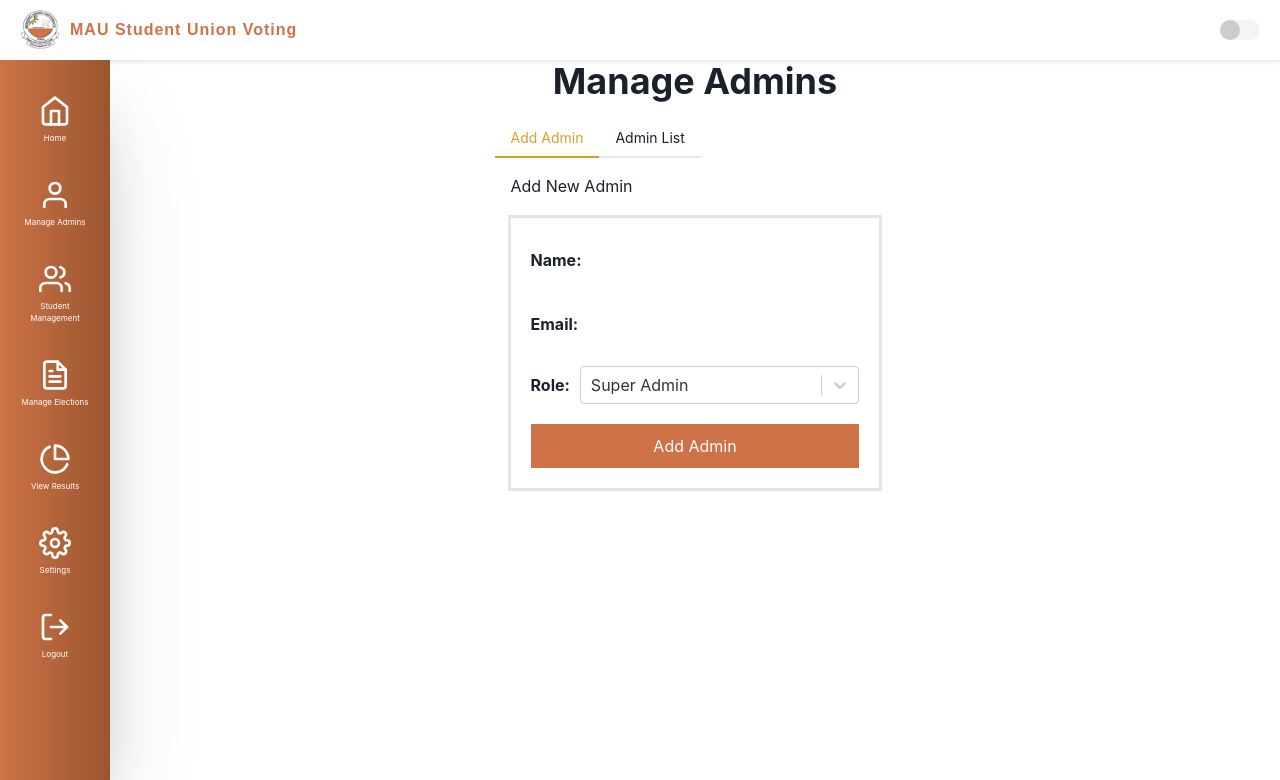
Repository: joena1o/e-vote
Page: /admin-dashboard/manage-admin
The author's editor kept a copy of each file at every save. The page is drawn from the files as they stood at one save, then again after the next save.
The browser window is 1280 px wide. The pictures show the whole page.
The project was rebuilt for these pictures with package versions that can differ from the ones it lists, and the page was loaded fresh each time. Also part of the build but not shown: src/components/EnhancedLogin.js, src/components/maincontent/RegisterStudents/ManageStudents.js, src/components/maincontent/RegisterStudents/RegisterStudents.js, src/components/maincontent/RegisterStudents/StudentManagement.js, src/components/maincontent/ElectionResults/ViewResults.js, src/components/maincontent/Settings/Settings.js, src/api/index.js, src/components/maincontent/home/Home.styles.js and 15 more.

Above is the page before, as saved 2023-10-27 02:17:03.

### src/index.js
import React from 'react';
import ReactDOM from 'react-dom/client';
import './index.css';
import App from './App';
import reportWebVitals from './reportWebVitals';
import Modal from 'react-modal';

// Set the app element for the modal for accessibility purposes
Modal.setAppElement('#root');

const root = ReactDOM.createRoot(document.getElementById('root'));
root.render(
  <React.StrictMode>
    <App />
  </React.StrictMode>
);

// If you want to start measuring performance in your app, pass a function
// to log results (for example: reportWebVitals(console.log))
// or send to an analytics endpoint. Learn more: https://bit.ly/CRA-vitals
reportWebVitals();

### src/App.js
import React from 'react';
import { BrowserRouter as Router, Routes, Route, Navigate } from 'react-router-dom';
import EnhancedLogin from './components/EnhancedLogin';
import AdminDashboard from './components/AdminDashboard';
import StudentDashboard from './components/StudentDashboard';
import { ChakraProvider, ColorModeProvider, Button, useColorMode } from '@chakra-ui/react';
import { Provider } from 'react-redux';
import store from './Redux/store';
import ElectionCommitteeDashboard from './components/maincontent/ElectionCommitteeDashboard';

// Component to toggle dark mode
function DarkModeToggle() {
  const { colorMode, toggleColorMode } = useColorMode();
  return (
    <Button onClick={toggleColorMode} position="fixed" m={4} zIndex={10}>
      Toggle {colorMode === 'light' ? 'Dark' : 'Light'}
    </Button>
  );
}

function App() {
  // Check if the current route is not the "/login" route, then render the DarkModeToggle
  // const isLoginPage = window.location.pathname === '/login';

  return (
    <Provider store={store}>
      <ChakraProvider>
        <ColorModeProvider options={{ useSystemColorMode: true }}>
          <Router>
            <Routes>
              {/* Define your routes */}
              <Route path="/login" element={<EnhancedLogin />} />
              <Route path="/admin-dashboard/*" element={<AdminDashboard />} />
              <Route path="/ElectionCommittee-dashboard/*" element={<ElectionCommitteeDashboard />} />
              <Route path='/student-dashboard/*' element={<StudentDashboard />} />
              {/* Redirect root to /admin-dashboard */}
              <Route path="/" element={<Navigate to="/admin-dashboard" replace />} />
            </Routes>
          </Router>
          {/* Render DarkModeToggle only if not on the "/login" page */}
          {/* {!isLoginPage && <DarkModeToggle />} */}
        </ColorModeProvider>
      </ChakraProvider>
    </Provider>
  );
}

export default App;

### src/components/AdminDashboard.js
// AdminDashboard.js
import React from 'react';
import { Routes, Route } from 'react-router-dom';
import StudentManagement from './maincontent/RegisterStudents/StudentManagement';
import ViewResults from './maincontent/ElectionResults/ViewResults';
import Settings from './maincontent/Settings/Settings';
import Home from './maincontent/home/Home';
import ManageAdmin from './maincontent/ManageAdmins/ManageAdmins';
import ManageElections from './maincontent/ManageElections/ManageElections';
import Sidebar from './Sidebar';
import Navbar from './Navbar';
import styled from 'styled-components';

const Container = styled.div`
  display: flex;
  flex-direction: column;
  /* Add the following line to ensure Container fills the screen height */
  height: 100vh;
  width: 100%; /* Use 100% to fill the entire width of the screen */
`;


const Content = styled.div`
  display: flex;
  /* Add the following line to ensure Content fills the remaining screen space */
  flex: 1;
`;

const AdminDashboard = () => {
  return (
    <Container>
      <Navbar />
      <Content>
        <Sidebar />
        <Routes>
          <Route index element={<Home />} />
          <Route path="student-management" element={<StudentManagement />} />
          <Route path="view-results" element={<ViewResults />} />
          <Route path="settings" element={<Settings />} />
          <Route path="manage-admin" element={<ManageAdmin />} />
          <Route path="manage-elections" element={<ManageElections />} />
        </Routes>
      </Content>
    </Container>
  );
};

export default AdminDashboard;

### src/Redux/store.js
import { configureStore } from '@reduxjs/toolkit';
import electionReducer from './electionSlice';
import studentsReducer from './studentsSlice';
import candidatesReducer from './CandidateSlice'; // Import the candidates reducer

const store = configureStore({
  reducer: {
    elections: electionReducer,
    students: studentsReducer,
    candidates: candidatesReducer, // Add the candidates reducer here
  },
});

export default store;

### src/components/maincontent/ManageAdmins/ManageAdmins.js
import React, { useState } from 'react';
import { Tabs, TabList, TabPanels, Tab, TabPanel, Box, Flex, Heading } from '@chakra-ui/react';
import AddAdmin from './AddAdmin';
import AdminList from './AdminList';

const ManageAdmins = () => {
  const [activeTab, setActiveTab] = useState(0);

  const handleTabChange = (index) => {
    setActiveTab(index);
  };

  return (
    <Flex direction="column" align="center" w="100%" h="100%">
      <Heading mb={4}>Manage Admins</Heading>
      <Box w="30%" maxW="400px" display="flex" flexDirection="column" alignItems="center">
        <Tabs index={activeTab} onChange={handleTabChange} isLazy>
          <TabList display="inline-flex" justifyContent="center" mx="auto">
          <Tab fontSize="sm" px={4} py={2} _selected={{ borderBottom: '2px solid', borderColor: 'yellow.500', color: 'yellow.500' }}>
             Add Admin
          </Tab>
          <Tab fontSize="sm" px={4} py={2} _selected={{ borderBottom: '2px solid', borderColor: 'yellow.500', color: 'yellow.500' }}>
             Admin List
          </Tab>

          </TabList>
          <TabPanels>
            <TabPanel>
              <AddAdmin />
            </TabPanel>
            <TabPanel>
              <AdminList />
            </TabPanel>
          </TabPanels>
        </Tabs>
      </Box>
    </Flex>
  );
};

export default ManageAdmins;

### src/components/Sidebar.js
import React from 'react';
import styled from 'styled-components';
import { Link } from 'react-router-dom';
import { FiHome, FiUser, FiUsers, FiFileText, FiSettings, FiLogOut, FiPieChart } from 'react-icons/fi';
import { useColorMode } from '@chakra-ui/react';

const SidebarContainer = styled.nav`
  background: ${props => (props.theme === 'dark' ? '#333' : 'linear-gradient(to right, #ce7348, #9a552e)')};
  padding: 15px;
  height: 100vh;
  color: #fff;
  box-shadow: rgba(50, 50, 93, 0.25) 0px 50px 100px -20px, rgba(0, 0, 0, 0.3) 0px 30px 60px -30px;
  display: flex;
  flex-direction: column;
`;

const LinkList = styled.ul`
  list-style-type: none;
  padding: 0;
  flex: 1;
`;

const StyledLink = styled(Link)`
  text-decoration: none;
  color: #fff;
  display: flex;
  flex-direction: column;
  align-items: center;
  transition: color 0.3s ease;
  margin-bottom: 15px;
  cursor: pointer;
  font-size: 0.5rem;

  &:hover {
    color: #fce364;
  }

  width: 80px;
  text-align: center;
  word-wrap: break-word;
  overflow-wrap: break-word;

  @media (max-width: 768px) {
    font-size: 0.4rem;
  }

  @media (max-width: 480px) {
    font-size: 0.3rem;
  }
`;

const LinkItem = styled.li`
  display: flex;
  align-items: center;
  margin-top: 20px;
`;

const Icon = styled.div`
  font-size: 2rem;
  color: #fff;

  @media (max-width: 768px) {
    font-size: 0.9rem;
  }

  @media (max-width: 480px) {
    font-size: 0.8rem;
  }

  margin-bottom: 5px;

  ${StyledLink}:hover & {
    color: #fce364;  // Change icon color when the link is hovered
  }
`;

function Sidebar() {
  const { colorMode } = useColorMode();

  return (
    <SidebarContainer theme={colorMode}>
      <LinkList>
        <LinkItem>
          <StyledLink to="/admin-dashboard">
            <Icon><FiHome /></Icon>
            Home
          </StyledLink>
        </LinkItem>
        <LinkItem>
          <StyledLink to="/admin-dashboard/manage-admin">
            <Icon><FiUser /></Icon>
            Manage Admins
          </StyledLink>
        </LinkItem>
        <LinkItem>
          <StyledLink to="/admin-dashboard/student-management">
            <Icon><FiUsers /></Icon>
            Student Management
          </StyledLink>
        </LinkItem>
        <LinkItem>
          <StyledLink to="/admin-dashboard/manage-elections">
            <Icon><FiFileText /></Icon>
            Manage Elections
          </StyledLink>
        </LinkItem>
        <LinkItem>
          <StyledLink to="/admin-dashboard/view-results">
            <Icon><FiPieChart /></Icon>
            View Results
          </StyledLink>
        </LinkItem>
        <LinkItem>
          <StyledLink to="/admin-dashboard/settings">
            <Icon><FiSettings /></Icon>
            Settings
          </StyledLink>
        </LinkItem>
        <LinkItem>
          <StyledLink to="/logout">
            <Icon><FiLogOut /></Icon>
            Logout
          </StyledLink>
        </LinkItem>
      </LinkList>
    </SidebarContainer>
  );
}

export default Sidebar;

### src/components/Navbar.js
import React from 'react';
import styled, { createGlobalStyle } from 'styled-components';
import logo from '../assets/school_logo.jpg';
import { useColorMode } from '@chakra-ui/react';

const GlobalStyle = createGlobalStyle`
  body {
    background-color: ${props => (props.theme === 'dark' ? '#333' : '#fff')};
    color: ${props => (props.theme === 'dark' ? '#fff' : '#000')}; // Set other component texts to black in light mode
  }
`;

const Header = styled.header`
  background: ${props => (props.theme === 'dark' ? '#333' : '#fff')};
  color: ${props => (props.theme === 'dark' ? '#fff' : '#ce7348')}; // Set navbar text to brown in light mode
  padding: 10px 20px;
  display: flex;
  align-items: center;
  justify-content: flex-start;
  box-shadow: 0px 2px 4px rgba(0, 0, 0, 0.1);
  font-family: 'Poppins', sans-serif;
`;


const Logo = styled.img`
  width: 40px;
  height: 40px;
  border-radius: 20px;
  margin-right: 10px;
`;

const Title = styled.h1`
  margin: 0;
  padding: 0;
  font-size: 1rem;
  font-weight: 600;
  letter-spacing: 1px;
`;

const ToggleSlider = styled.label`
  display: flex;
  align-items: center;
  cursor: pointer;
  margin-left: auto;
`;

const SliderInput = styled.input.attrs({ type: 'checkbox' })`
  display: none;
`;

const Slider = styled.div`
  width: 40px;
  height: 20px;
  background-color: ${props => (props.theme === 'dark' ? '#333' : '#f4f4f4')};
  border-radius: 20px;
  position: relative;
  transition: background-color 0.3s ease;
  cursor: pointer;

  &::after {
    content: '';
    width: 20px;
    height: 20px;
    border-radius: 50%;
    background-color: ${props => (props.theme === 'dark' ? '#fff' : '#ccc')};
    position: absolute;
    top: 50%;
    transform: translateY(-50%);
    left: ${props => (props.theme === 'dark' ? '20px' : '0')};
    transition: left 0.3s ease;
  }
`;

function Navbar() {
  const { colorMode, toggleColorMode } = useColorMode();

  return (
    <>
      <GlobalStyle theme={colorMode} />
      <Header theme={colorMode}>
        <Logo src={logo} alt="University Logo" />
        <Title>MAU Student Union Voting</Title>
        <ToggleSlider>
          <SliderInput type="checkbox" onChange={toggleColorMode} />
          <Slider theme={colorMode} />
        </ToggleSlider>
      </Header>
    </>
  );
}

export default Navbar;

### src/Redux/electionSlice.js
/*import { createSlice, createAsyncThunk } from '@reduxjs/toolkit';
import { API, graphqlOperation } from 'aws-amplify';
import { createElection as createElectionAPI } from '../graphql/mutations';

export const createElection = createAsyncThunk(
  'elections/createElection',
  async (election, { rejectWithValue }) => {
    try {
      const result = await API.graphql(graphqlOperation(createElectionAPI, { input: election }));
      return result.data.createElection;
    } catch (error) {
      return rejectWithValue(error);
    }
  }
);

const electionSlice = createSlice({
  name: 'elections',
  initialState: [],
  reducers: {},
  extraReducers: (builder) => {
    builder.addCase(createElection.fulfilled, (state, action) => {
      state.push(action.payload);
    });
  },
});

export default electionSlice.reducer;
*/

### src/Redux/studentsSlice.js
import { createSlice } from '@reduxjs/toolkit';

export const studentsSlice = createSlice({
  name: 'students',
  initialState: [],
  reducers: {
    addStudents: (state, action) => {
      // Add students to the Redux store
      action.payload.forEach(student => {
        state.push(student);
      });
    },
  },
});

export const { addStudents } = studentsSlice.actions;

export default studentsSlice.reducer;

### src/Redux/CandidateSlice.js

import { createSlice } from '@reduxjs/toolkit';

export const candidatesSlice = createSlice({
  name: 'candidates',
  initialState: [],
  reducers: {
    setCandidates: (state, action) => {
      return action.payload;
    },
  },
});

export const { setCandidates } = candidatesSlice.actions;
export default candidatesSlice.reducer;

### src/components/maincontent/ManageAdmins/AddAdmin.js
import React, { useState } from 'react';
import styled from 'styled-components';
import { API, Auth } from 'aws-amplify';
import { useFormik } from 'formik';
import Select from 'react-select';
import { useColorMode } from '@chakra-ui/react';
import Modal from 'react-modal';

Modal.setAppElement('#root');  // For accessibility reasons

const darkThemeStyles = {
    menu: provided => ({
        ...provided,
        backgroundColor: '#333',
        color: 'white'
    }),
    option: (provided, state) => ({
        ...provided,
        backgroundColor: state.isFocused ? '#555' : '#333',
        color: 'white'
    }),
    control: provided => ({
        ...provided,
        backgroundColor: '#444',
        color: 'white',
        borderColor: '#555'
    }),
    singleValue: provided => ({
        ...provided,
        color: 'white'
    })
};

const Form = styled.form`
    display: flex;
    flex-direction: column;
    max-width: 600px;
    margin: 20px auto;
    padding: 20px;
    box-shadow: rgba(0, 0, 0, 0.1) 0px 0px 0px 3px;
`;

const FormGroup = styled.div`
    display: flex;
    align-items: center;
    margin-bottom: 20px;
`;

const Label = styled.label`
    margin-right: 10px;
    font-weight: bold;
`;

const Input = styled.input`
    flex: 1;
    padding: 10px;
`;

const StyledSelect = styled(Select)`
    flex: 1;
`;

const Button = styled.button`
    background-color: #ce7348;
    color: #fff;
    padding: 10px;
    border: none;
    cursor: pointer;
`;

const StyledModal = styled(Modal)`
    position: absolute;
    top: 50%;
    left: 50%;
    transform: translate(-50%, -50%);
    width: 300px;
    background: ${props => props.colorMode === 'dark' ? '#333' : '#fff'};
    padding: 20px;
    border-radius: 8px;
    outline: none;
    box-shadow: 0px 10px 30px -5px rgba(0, 0, 0, 0.3);
`;

const CloseIcon = styled.span`
    position: absolute;
    top: 10px;
    right: 10px;
    cursor: pointer;
    font-size: 24px;
    color: #ce7348;
`;

function AddAdmin() {
    const [modalIsOpen, setModalIsOpen] = useState(false);
    const [modalMessage, setModalMessage] = useState('');
    const { colorMode } = useColorMode();

    const roleOptions = [
        { value: 'Super Admin', label: 'Super Admin' },
        { value: 'Student Affairs', label: 'Student Affairs' },
    ];

    const formik = useFormik({
        initialValues: {
            name: '',
            email: '',
            role: 'Super Admin',
        },
        onSubmit: async (values) => {
            try {
                // Your AWS Amplify logic...
                const temporaryPassword = Math.random().toString(36).slice(-8);
                const signUpResponse = await Auth.signUp({
                    username: values.email,
                    password: temporaryPassword,
                    attributes: {
                        email: values.email,
                    },
                });

                if (!signUpResponse.userConfirmed) {
                    await Auth.completeNewPassword(signUpResponse, temporaryPassword);
                }

                await API.post('AdminAPI', '/admins', {
                    body: values,
                });

                setModalMessage('Admin added successfully! An email with a temporary password has been sent.');
                setModalIsOpen(true);
                formik.resetForm();

            } catch (error) {
                console.error('Error adding admin:', error);
                setModalMessage('Error adding admin. Please try again.');
                setModalIsOpen(true);
            }
        },
    });

    return (
        <>
            <h3>Add New Admin</h3>
            <Form onSubmit={formik.handleSubmit}>
                <FormGroup>
                    <Label>Name:</Label>
                    <Input type="text" name="name" value={formik.values.name} onChange={formik.handleChange} required />
                </FormGroup>

                <FormGroup>
                    <Label>Email:</Label>
                    <Input type="email" name="email" value={formik.values.email} onChange={formik.handleChange} required />
                </FormGroup>

                <FormGroup>
                    <Label>Role:</Label>
                    <StyledSelect
                        value={roleOptions.find(option => option.value === formik.values.role)}
                        onChange={option => formik.setFieldValue('role', option.value)}
                        options={roleOptions}
                        isSearchable={false}
                        styles={colorMode === 'dark' ? darkThemeStyles : {}}
                    />
                </FormGroup>

                <Button type="submit">Add Admin</Button>
            </Form>
            <StyledModal
                isOpen={modalIsOpen}
                onRequestClose={() => setModalIsOpen(false)}
                colorMode={colorMode}
            >
                <CloseIcon onClick={() => setModalIsOpen(false)}>×</CloseIcon>
                <h2>Notification</h2>
                <p>{modalMessage}</p>
            </StyledModal>
        </>
    );
}

export default AddAdmin;

Loaded but not shown: public/index.html (common file); src/index.css (common file); src/reportWebVitals.js (common file)

After the next save:
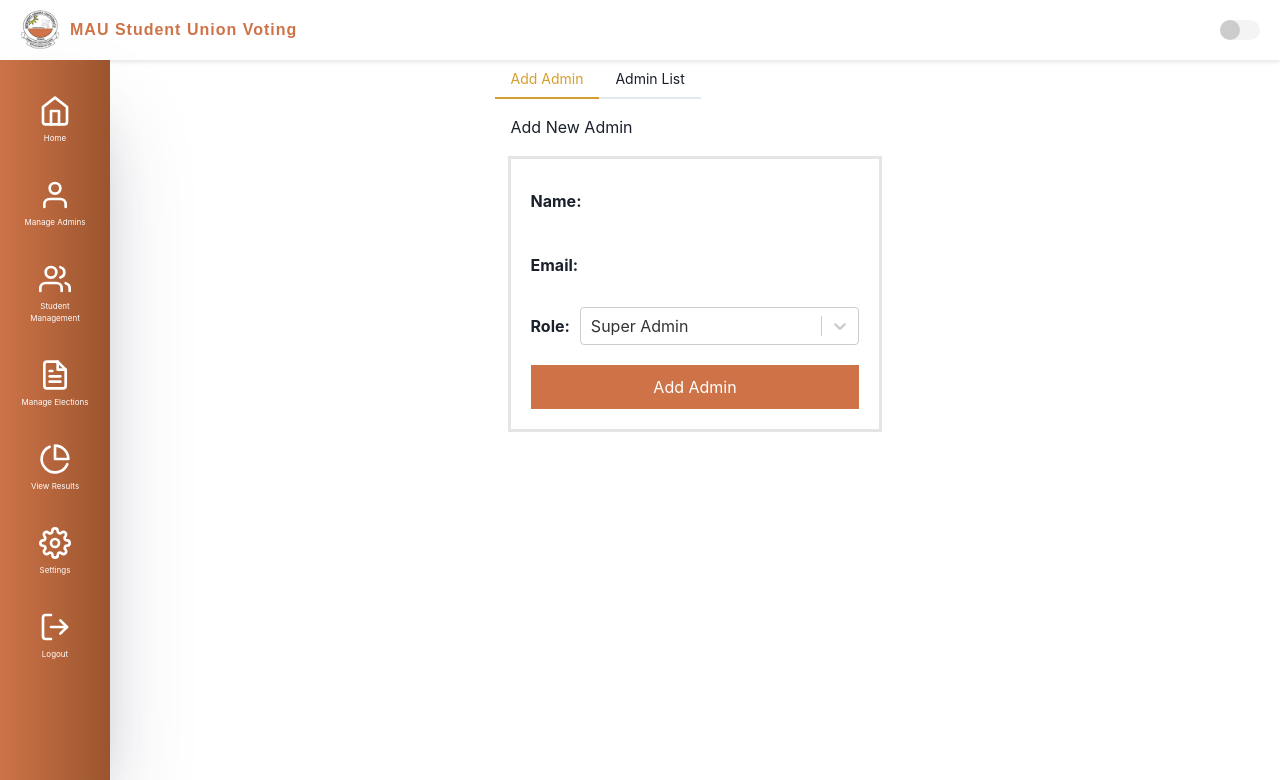
Saved 2 min 6 s later.
--- a/src/components/maincontent/ManageAdmins/ManageAdmins.js
+++ b/src/components/maincontent/ManageAdmins/ManageAdmins.js
@@ -12,7 +12,6 @@ const ManageAdmins = () => {
 
   return (
     <Flex direction="column" align="center" w="100%" h="100%">
-      <Heading mb={4}>Manage Admins</Heading>
       <Box w="30%" maxW="400px" display="flex" flexDirection="column" alignItems="center">
         <Tabs index={activeTab} onChange={handleTabChange} isLazy>
           <TabList display="inline-flex" justifyContent="center" mx="auto">
